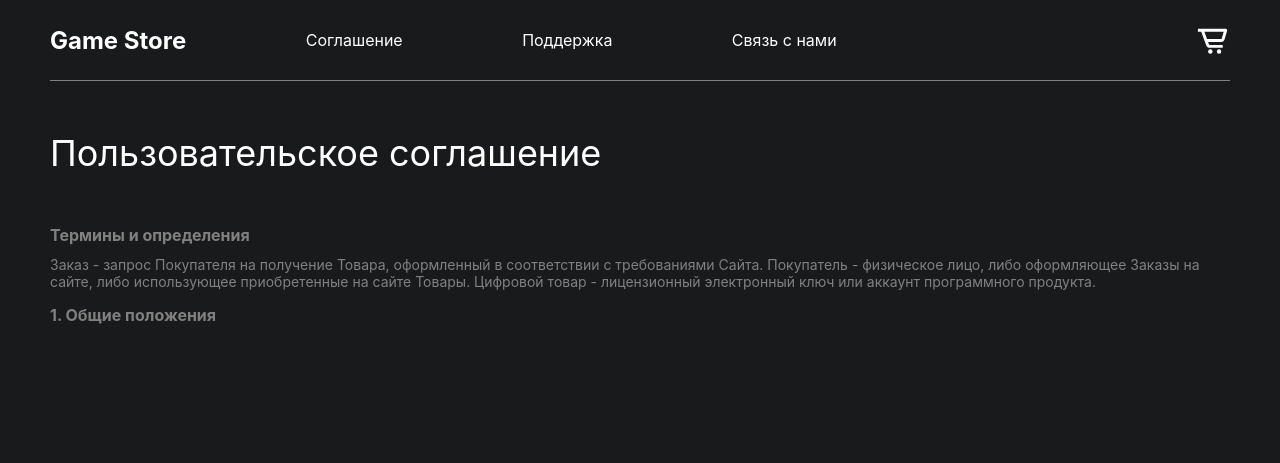
Repository: Minkeani/GameStore
Page: /agreement
These files come from the project's save history. The page is drawn as it stood at one moment and after the next save; the edit follows.
The browser window is 1280 px wide. The pictures show the whole page.
The project was rebuilt for these pictures with package versions that can differ from the ones it lists, and the page was loaded fresh each time. Also part of the build but not shown: src/components/ItemsInCart/ItemsInCart.css, src/components/ItemsInCart/ItemsInCart.jsx, src/components/CartMenu/CartMenu.css, src/components/Btn/Btn.css, src/components/Btn/Btn.jsx, src/components/CartItem/CartItem.css, src/components/CartItem/CartItem.jsx, src/components/utils/utils.js and 18 more.

Above is the page before, as saved 2022-09-11 10:39:20.

After the next save:
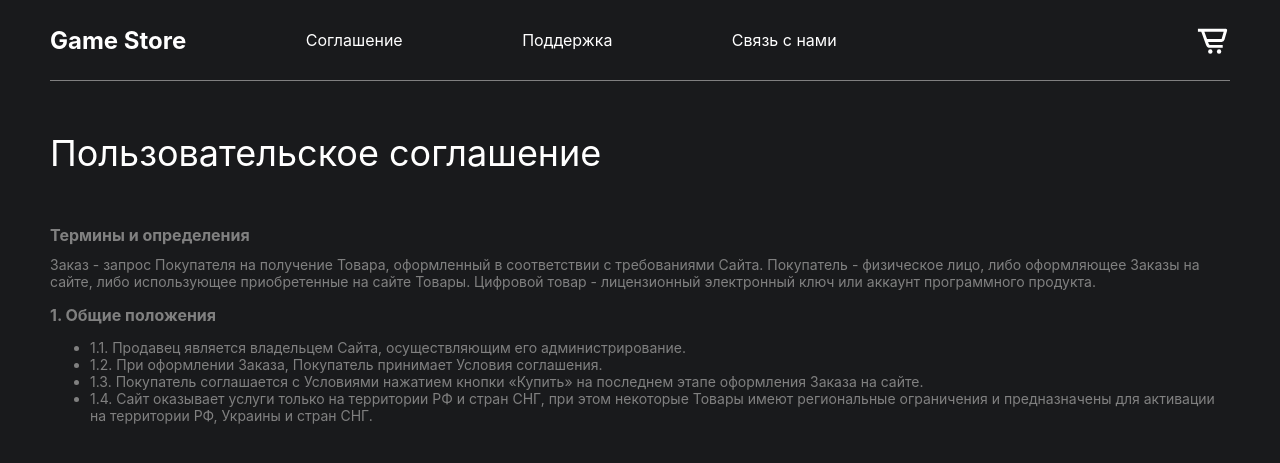
Saved 73 s later.
--- a/src/components/Agreement/Agreement.jsx
+++ b/src/components/Agreement/Agreement.jsx
@@ -17,6 +17,26 @@ const Agreement = () => {
         программного продукта.
       </P>
       <Title>1. Общие положения</Title>
+      <P>
+        <ul>
+          <li>
+            1.1. Продавец является владельцем Сайта, осуществляющим его
+            администрирование.
+          </li>
+          <li>
+            1.2. При оформлении Заказа, Покупатель принимает Условия соглашения.
+          </li>
+          <li>
+            1.3. Покупатель соглашается с Условиями нажатием кнопки «Купить» на
+            последнем этапе оформления Заказа на сайте.
+          </li>
+          <li>
+            1.4. Сайт оказывает услуги только на территории РФ и стран СНГ, при
+            этом некоторые Товары имеют региональные ограничения и предназначены
+            для активации на территории РФ, Украины и стран СНГ.
+          </li>
+        </ul>
+      </P>
     </div>
   );
 };
